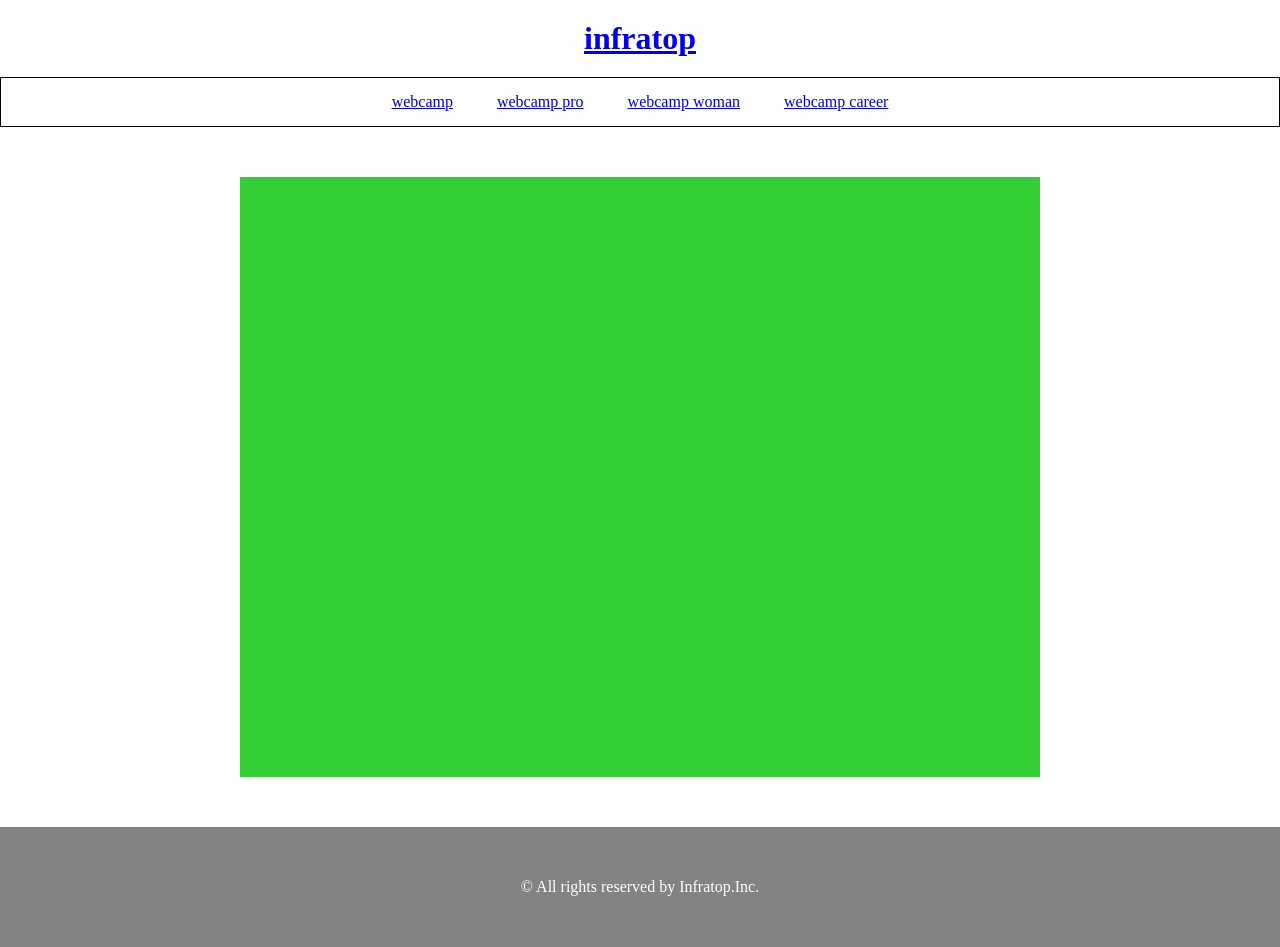
Repository: menyuu/test-html-CSS-practice
Page: exercise/chapter5_exercise.html
The author's editor kept a record of every edit. The page is drawn from the files as they stood at one moment, then again after the next edit.
The browser window is 1280 px wide. The pictures show the whole page.

Above is the page before.

### exercise/chapter5_exercise.html
<!DOCTYPE html>
<html lang="ja">
<head>
  <meta charset="UTF-8">
  <title>Document</title>
  <link rel="stylesheet" href="style5.css" type="text/css" />
</head>
<body>
  <header class="header-logo">
    <h1>
      <a href="#">infratop</a>
    </h1>
  </header>

  <nav>
    <ul class="list-items">
      <li class="list-item">
        <a href="#">webcamp</a>
      </li>
      <li class="list-item">
        <a href="#">webcamp pro</a>
      </li>
      <li class="list-item">
        <a href="#">webcamp woman</a>
      </li>
      <li class="list-item">
        <a href="#">webcamp career</a>
      </li>
    </ul>
  </nav>

  <main>
    <div class="main-content">
      <div class="main-box item1"></div>
      <div class="main-box item2"></div>
      <div class="main-box item3"></div>
      <div class="main-box item4"></div>
      <div class="main-box item5"></div>
      <div class="main-box item6"></div>
      <div class="main-box item7"></div>
      <div class="main-box item8"></div>
      <div class="main-box item9"></div>
      <div class="main-box item10"></div>
      <div class="main-box item11"></div>
      <div class="main-box item12"></div>
    </div>
  </main>

  <footer>
    <p class="footer-text">© All rights reserved by Infratop.Inc.</p>
  </footer>
</body>
</html>

### exercise/style5.css
* {
  margin: 0;
  padding: 0;
  box-sizing: border-box;
}

header {
  margin: 20px 0;
  text-align: center;
}

nav {
  width: 100%;
}

.list-items {
  text-align: center;
  border: 1px solid black;
}

.list-item {
  display: inline-block;
  margin: 15px 20px;
}

main {
  margin: 50px 0;
}

.main-content {
  width: 800px;
  text-align: center;
  display: flex;
  justify-content: center;
  flex-wrap: wrap;
  margin: 0 auto;
}

.main-box {
  width: 200px;
  height: 200px;
  background-color: limegreen;
}

.item1 {
  background-color: ;
}


footer {
 width: 100%;
 height: 120px;
 text-align: center;
 line-height: 120px;
 background-color: #848282;
}

.footer-text {
 color: #fff;
}

After the next edit:
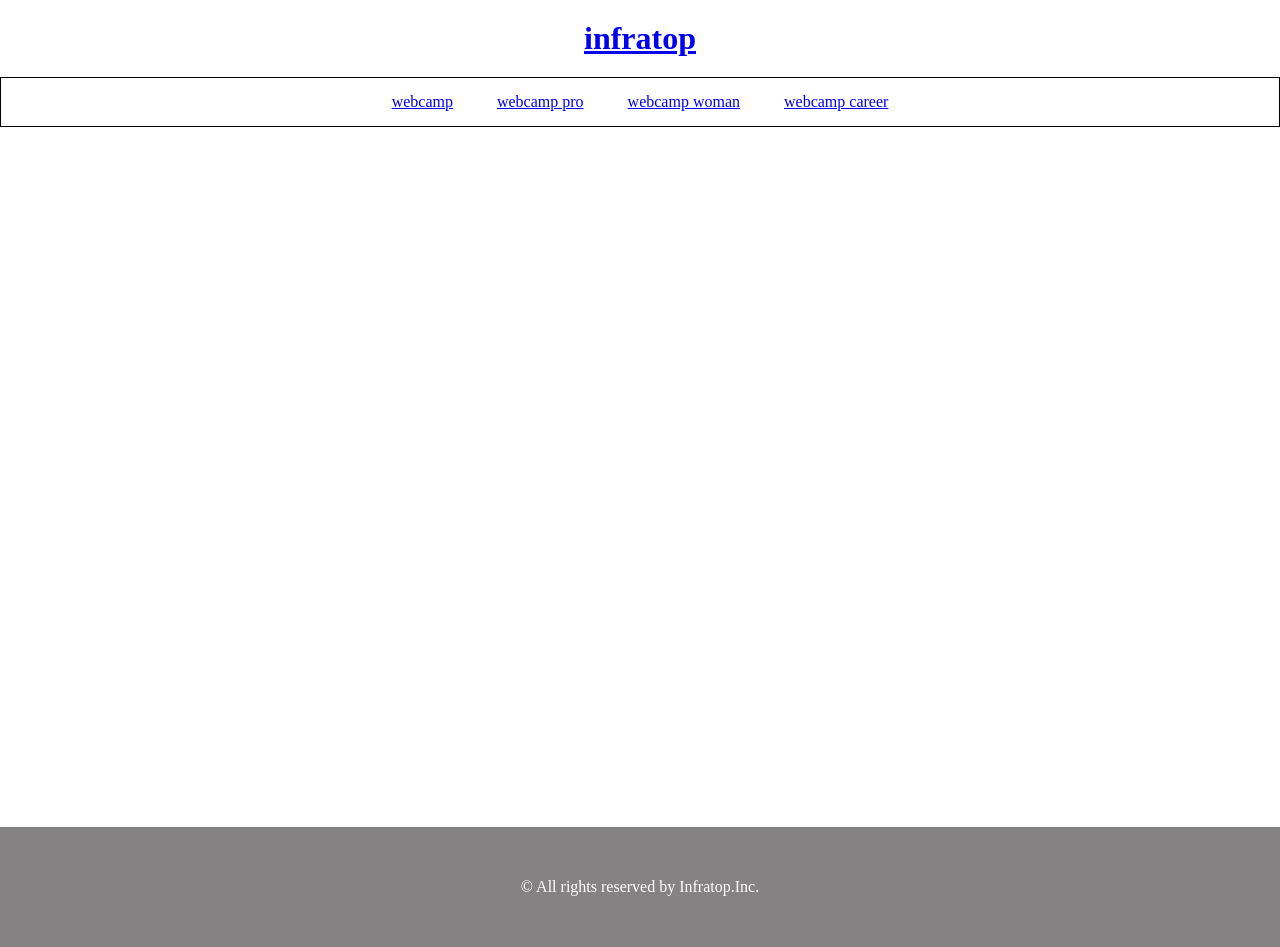
The edit:
--- a/exercise/style5.css
+++ b/exercise/style5.css
@@ -39,7 +39,6 @@
 .main-box {
   width: 200px;
   height: 200px;
-  background-color: limegreen;
 }
 
 .item1 {
